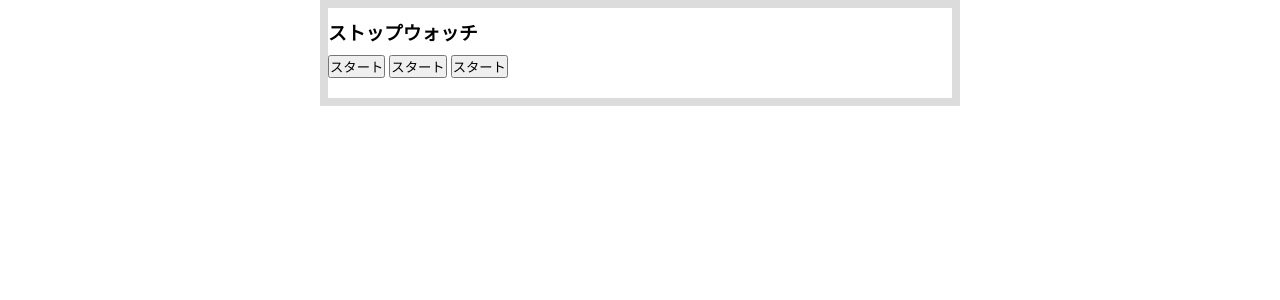
Repository: kenshirou01/TraialStopWatch
Page: kadai2/index.html
The author's editor kept a record of every edit. The page is drawn from the files as they stood at one moment, then again after the next edit.
The browser window is 1280 px wide. The pictures show the whole page.

Above is the page before.
Console error: TypeError: Cannot read properties of null (reading 'addEventListener')

### kadai2/index.html
<!DOCTYPE html>
<html lang="js">
<head>
  <meta charset="utf-8">
  <title>ストップウォッチ</title>
  <script src="js/jquery-3.6.0.js"></script>
  <link rel="stylesheet" href="css/main.css">
</head>
<body>
  <div class="continner">
    <h3>ストップウォッチ</h3>
    <div class="buttons">
      <button class="button_start">スタート</button>
      <button class="button_start">スタート</button>
      <button class="button_start">スタート</button>
    </div>
  </div>


  <script src="js/main.js"></script>
</body>
</html>

### kadai2/css/main.css
body, div, h3, button {
    padding: 0;
    margin: 0;
    box-sizing: border-box;
}

button {
    cursor: pointer;
}

.continner {
    width: 50%;
    border: solid;
    border-width: 8px;
    border-color: #dcdcdc;
    margin: 0 auto;
}

.content {
    text-align: center;
}

.continner h3 {
    margin: 10px 0;
}

#timer {
    font-size: 30px;
    letter-spacing: 10px;
    padding: 20px
}

.buttons {
    margin-bottom: 20px;
}

.button_width {
    padding: 10px;
}

### kadai2/js/main.js
'use strict';
/* global $*/

{
    const timer = document.getElementById('timer');
    const start = document.getElementById('start');
    const stop = document.getElementById('stop');
    const reset = document.getElementById('reset');
    // クリック時の時間を保持する
    let startTime;
    // 経過時刻を更新する
    let elapsedTime = 0;
    // タイマーを止めるにはclearTimeoutを使い、引数に渡すIDが必要
    let timerId;
    // タイマーをストップ -> 再開させたら０になってしまうのを避ける変数。
    let timeToadd = 0;

    function updateTimetText(){
        // 変数 = 13520 / xミリ秒で割った数の商
        let m = Math.floor(elapsedTime / 60000);
        //s(秒) = 135200 % 60000ミリ秒で / 1000 (ミリ秒なので1000で割ってやる) -> 15秒
        let ds = Math.floor(elapsedTime % 60000 / 10000)
        let s = Math.floor(elapsedTime % 60000 / 1000);
        let ms = elapsedTime % 1000;

        // 例135200 / 60000 = 2(Math.floorで少数点切捨てるので)-1で末尾一桁固定にできる。
        m = ('0' + m).slice(-1);
        ds = ('0' + ds).slice(-1);
        s = ('0' + s).slice(-1);
        ms = ('0' + ms).slice(1,2);

        // 表示させる。
        timer.textContent = m + ':' + ds + ':' + s + ':' + ms;


    }

    function countUp() {
        // timerId変数はsetTimeoutの返り値になるので代入する
        timerId = setTimeout(function(){
            //経過時刻は現在時刻をミリ秒で示すDate.now()からstartを押した時の時刻(startTime)を引く
            elapsedTime = Date.now() - startTime + timeToadd;
            updateTimetText();

            //countUp関数自身を呼ぶことで10ミリ秒毎に以下の計算を始める
            countUp();

        },10);
    }

    // startボタンにクリック時のイベントを追加（タイマースタートイベント）
    start.addEventListener('click', function(){

        // クリックした時間を代入
        startTime = Date.now();
        countUp();

        Activated();
    });

    // stopボタンにクリック時のイベントを追加
    stop.addEventListener('click', function(){
        //タイマーを止めるにはclearTimeoutを使う必要があり、
        // そのためにはclearTimeoutの引数に渡すためのタイマーのidが必要
        clearTimeout(timerId);

        // stopした際の経過時間を再開時に＋
        timeToadd += Date.now() - startTime;
    });

    // resetボタンにクリック時のイベントを追加
    reset.addEventListener('click', function() {
       elapsedTime = 0;
       timeToadd = 0;
       updateTimetText();
    });

    function Activated(){
        if(stop.disabled === false){
            stop.disabled=true;
        }
        start.disabled=true;
        reset.disabled=true;
        // start.removeAttribute("disabled");

    }

}

Loaded but not shown: kadai2/js/jquery-3.6.0.js (library)

After the next edit:
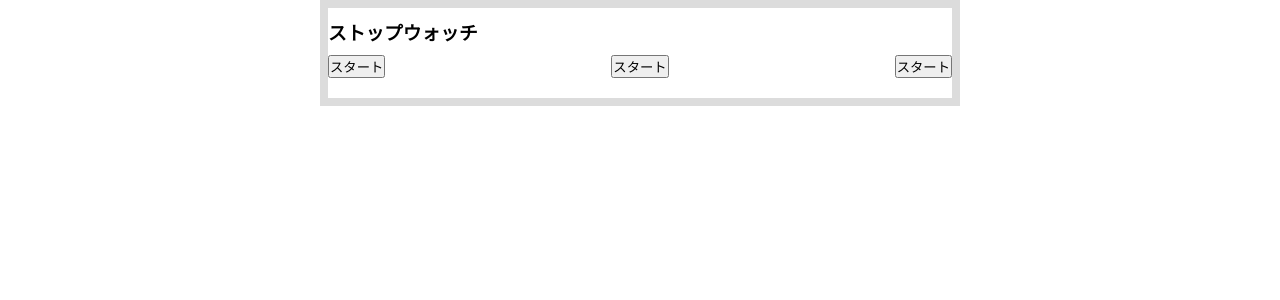
The edit:
--- a/kadai2/css/main.css
+++ b/kadai2/css/main.css
@@ -32,6 +32,8 @@
 
 .buttons {
     margin-bottom: 20px;
+    display: flex;
+    justify-content: space-between;
 }
 
 .button_width {
